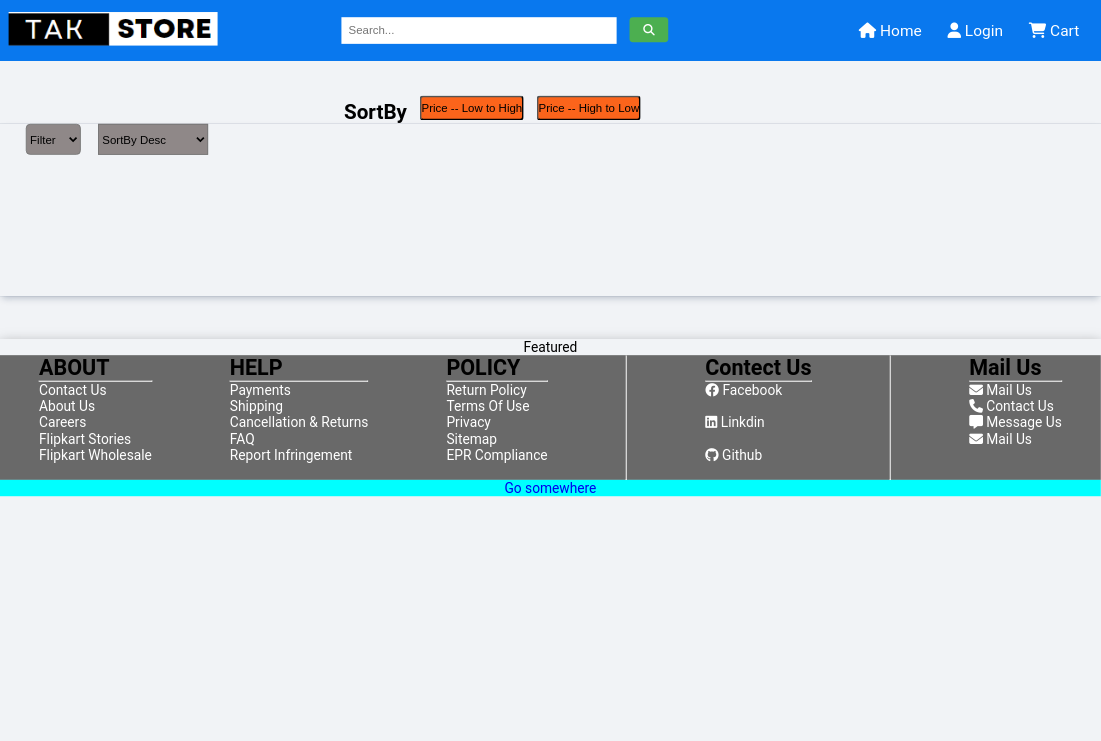
Repository: MSaifKhan01/TAK-Store
Page: PROJECT_Front/appliances.html
An editor plug-in stored every save of this project. The page is shown before and after the next save, followed by the edit.
The browser window is 1280 px wide. The pictures show the whole page, at 86% of full size.
The page's requests for data from a server got no answer.

Above is the page before, as saved 2023-07-22 20:09:44.
Console error: TypeError: Cannot read properties of null (reading 'append')

After the next save:
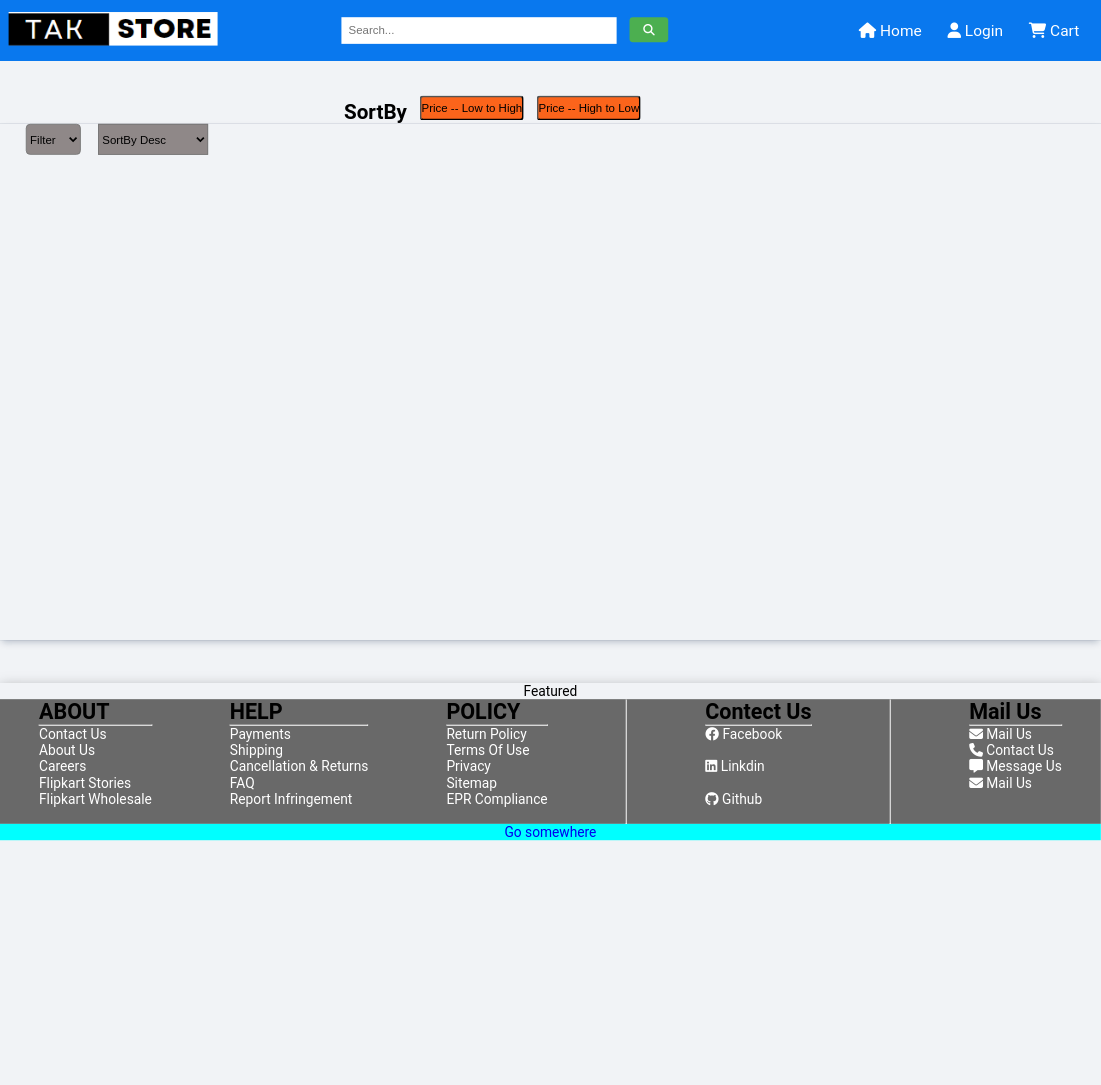
Saved 10 s later.
--- a/PROJECT_Front/CSS/appliences.css
+++ b/PROJECT_Front/CSS/appliences.css
@@ -81,7 +81,7 @@
     gap: 15px;
     grid-template-columns: repeat(4, 1fr);
     overflow: hidden;
-    height: 200px;
+    height: 600px;
 }
 
 .bestofElectronic_brand {
